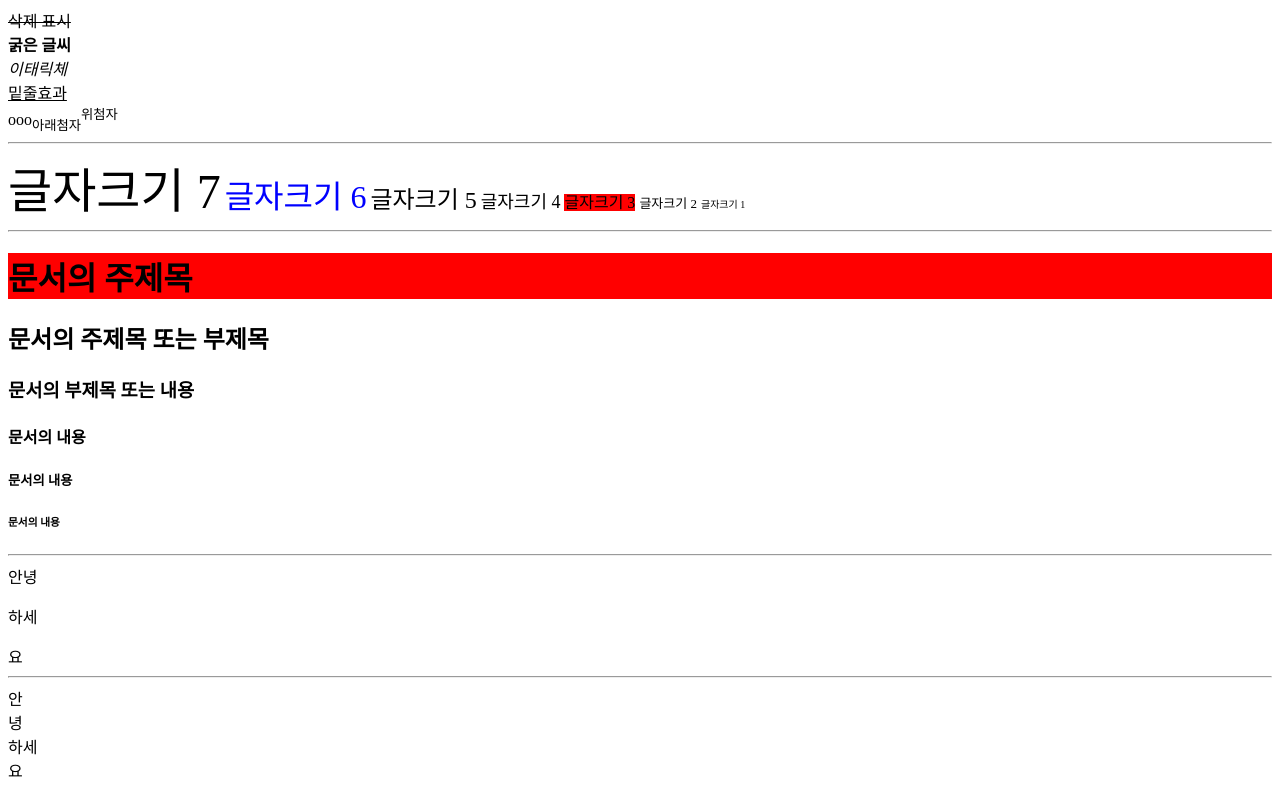
Repository: hui-Joo/html
Page: html/day01.html
An editor plug-in stored every save of this project. The page is shown before and after the next save, followed by the edit.
The browser window is 1280 px wide. The pictures show the whole page.

Above is the page before, as saved 2021-10-04 05:11:38.

After the next save:
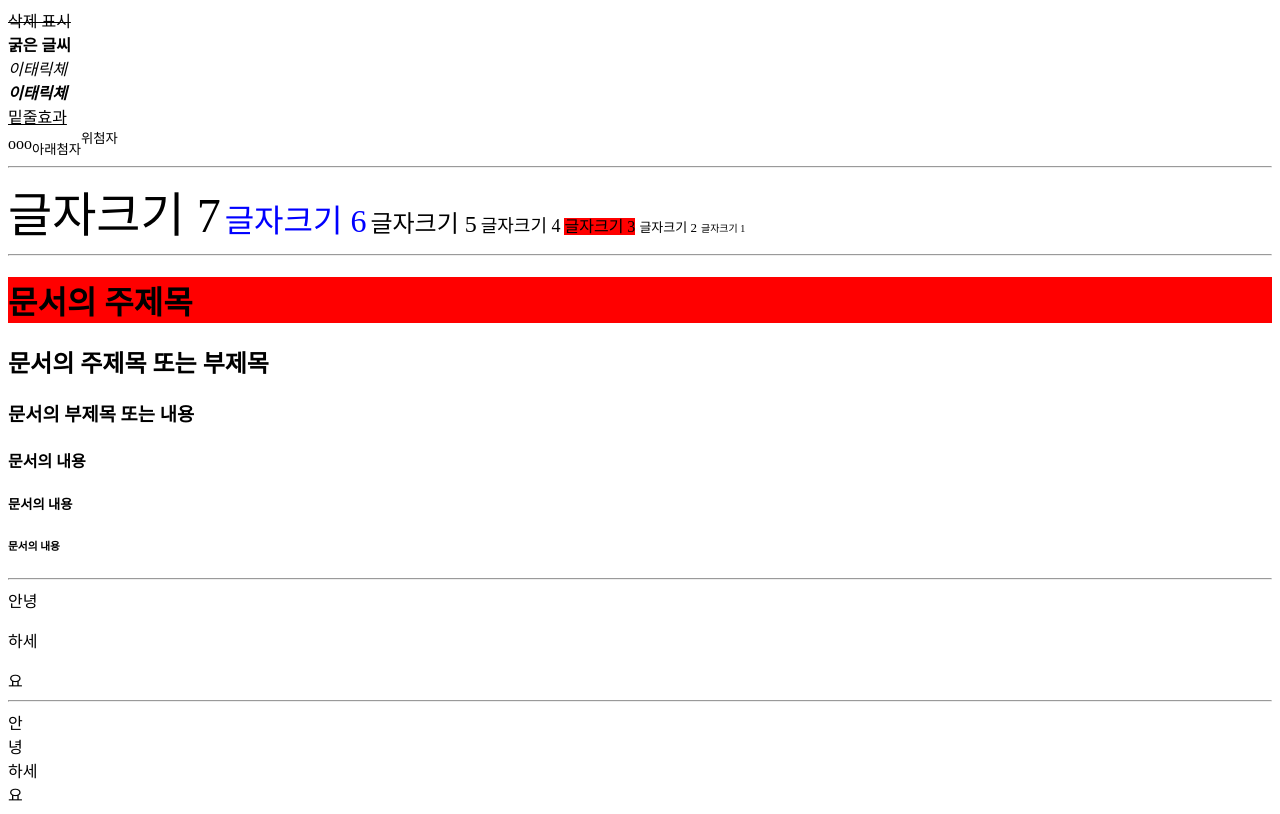
Saved 109 s later.
--- a/html/day01.html
+++ b/html/day01.html
@@ -12,6 +12,7 @@
 <strike>삭제 표시</strike><br>
 <b>굵은 글씨</b><br>
 <i>이태릭체</i><br>
+<i><b>이태릭체</b></i><br>
 <u>밑줄효과</u><br>
 ooo<sub>아래첨자</sub><sup>위첨자</sup>
 
